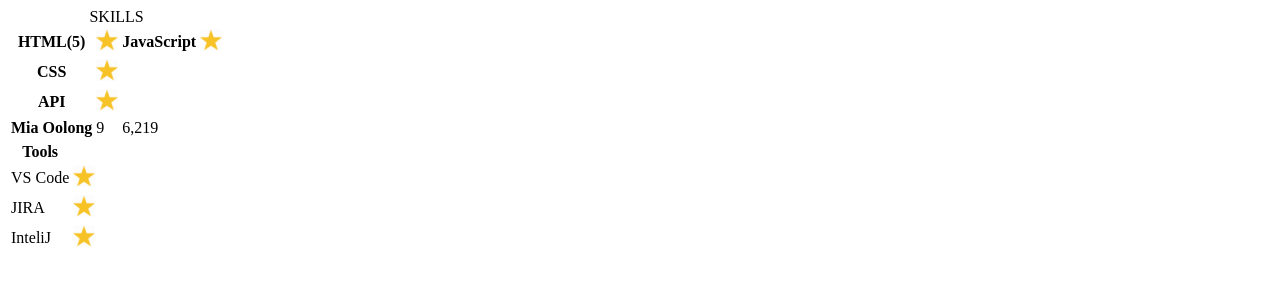
Repository: ew-code/Web-Development
Page: HTML - Personal Site/abilities.html
An editor plug-in stored every save of this project. The page is shown before and after the next save, followed by the edit.
The browser window is 1280 px wide. The pictures show the whole page.

Above is the page before, as saved 2021-01-03 18:24:55.

After the next save:
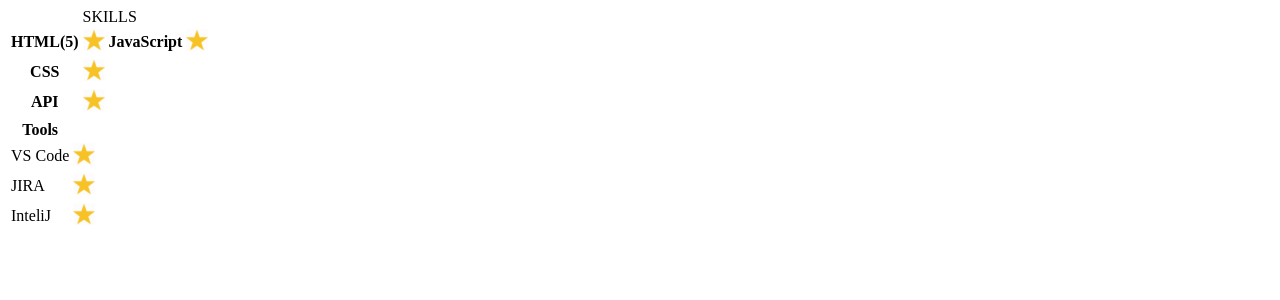
Saved 15 s later.
--- a/HTML - Personal Site/abilities.html
+++ b/HTML - Personal Site/abilities.html
@@ -45,11 +45,6 @@
         <th scope="row">API</th>
         <td><img src="images\star.png" alt="yellow star"></td>
     </tr>
-    <tr>
-        <th scope="row">Mia Oolong</th>
-        <td>9</td>
-        <td>6,219</td>
-    </tr>
 </table>
 
   <table>
